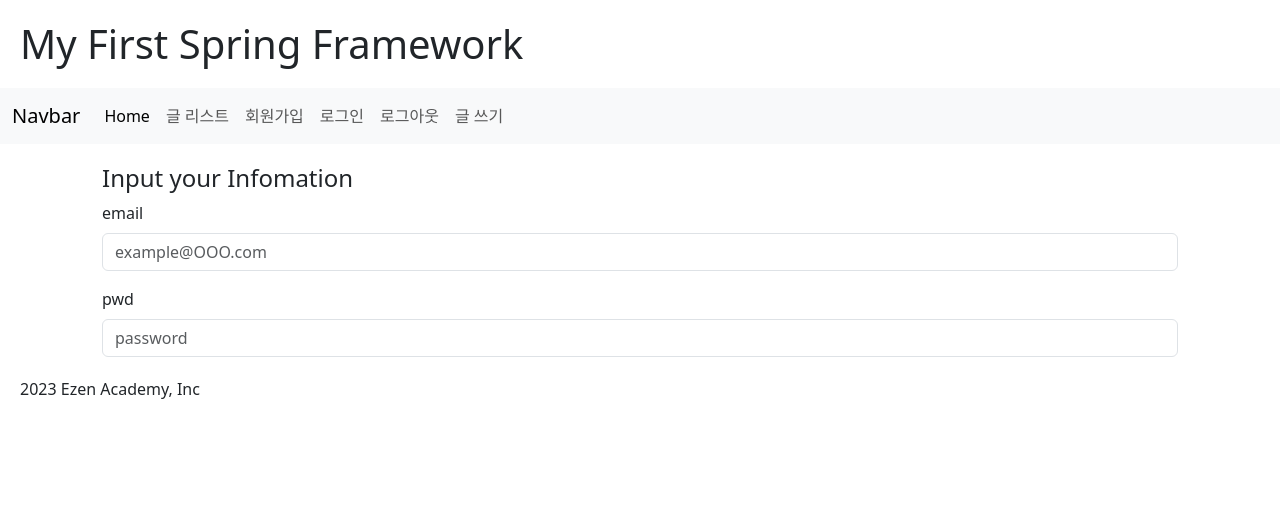
Repository: jinho0717/spring
Page: http://localhost/springProject/WEB-INF/views/member/register.jsp
An editor plug-in stored every save of this project. The page is shown before and after the next save, followed by the edit.
The browser window is 1280 px wide. The pictures show the whole page.
The page is served by Tomcat 9. Nobody is signed in. The template is opened directly, without the code that normally fills it, so the values that code supplies are empty.

Above is the page before, as saved 2023-10-27 10:27:35.

After the next save:
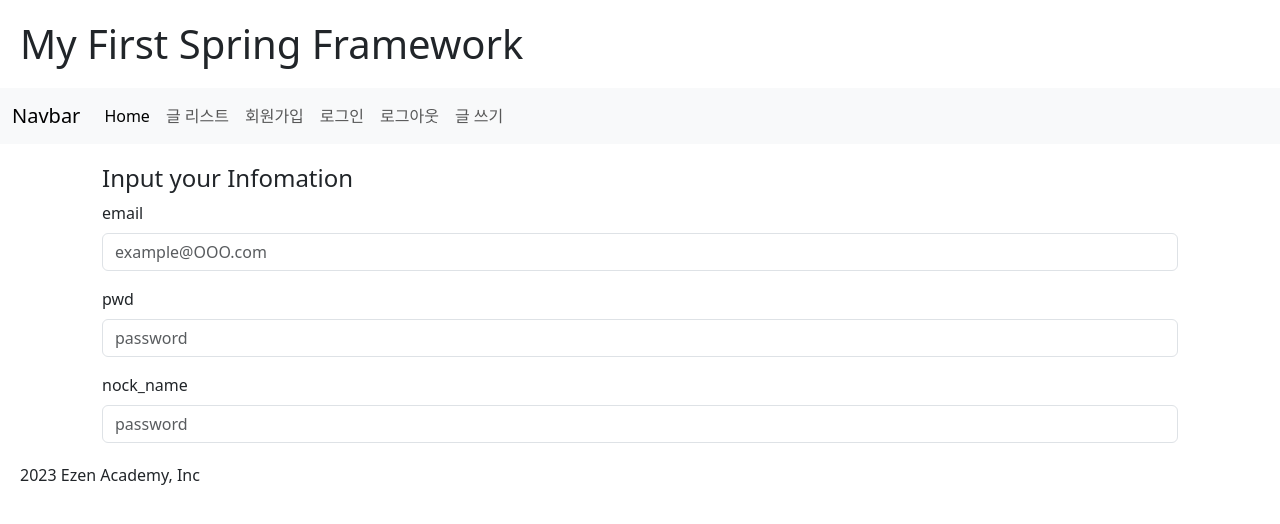
Saved 24 s later.
--- a/springProject/src/main/webapp/WEB-INF/views/member/register.jsp
+++ b/springProject/src/main/webapp/WEB-INF/views/member/register.jsp
@@ -19,7 +19,11 @@
 	  <input type="email" class="form-control" name="email" id="e" placeholder="example@OOO.com">
 	</div>
 	<div class="mb-3">
-	  <label for="w" class="form-label">pwd</label>
+	  <label for="p" class="form-label">pwd</label>
+	  <input type="password" class="form-control" name="pwd" id="p" placeholder="password">
+	</div>
+	<div class="mb-3">
+	  <label for="n" class="form-label">nock_name</label>
 	  <input type="password" class="form-control" name="pwd" id="p" placeholder="password">
 	</div>
 </form>
